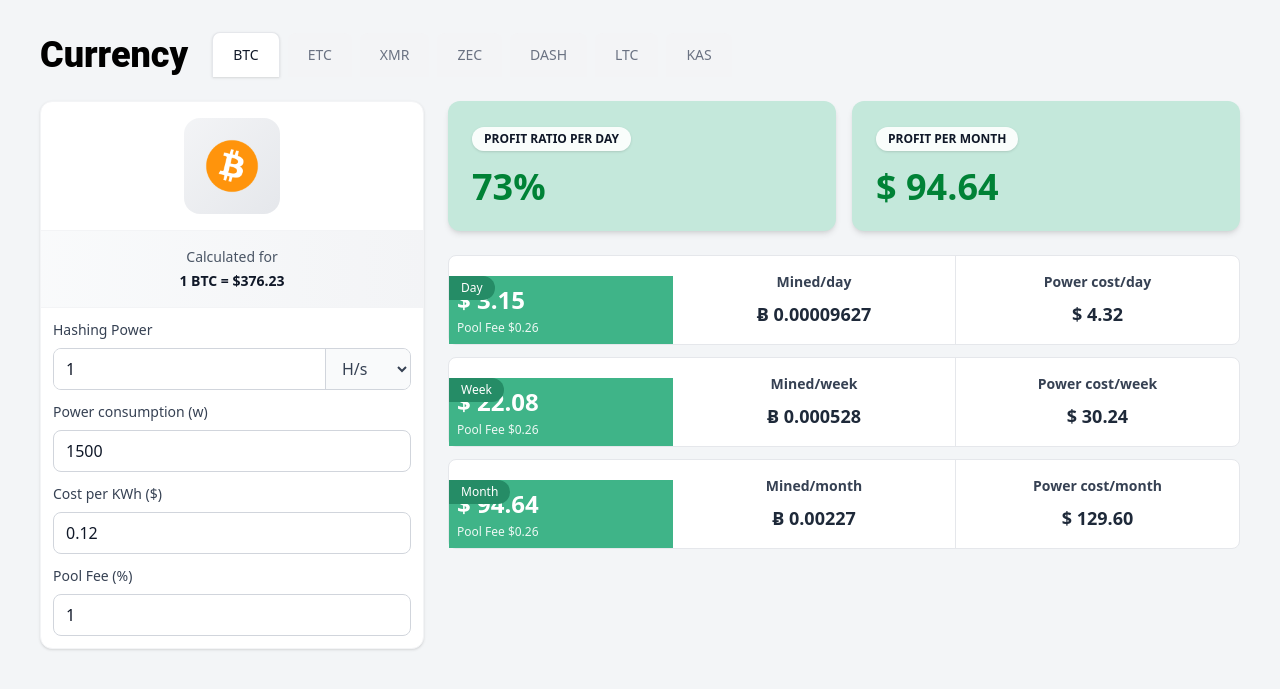
Repository: Bilal-Ahmad-CodeMaster/crypto-proj
Page: /
These files come from the project's save history. The page is drawn as it stood at one moment and after the next save; the edit follows.
The browser window is 1280 px wide. The pictures show the whole page.
The project was rebuilt for these pictures with package versions that can differ from the ones it lists, and the page was loaded fresh each time. The framework's server and built-in components were replaced by stand-ins that run in the browser. Also part of the build but not shown: next.config.ts.

Above is the page before, as saved 2025-11-25 22:47:09.

After the next save:
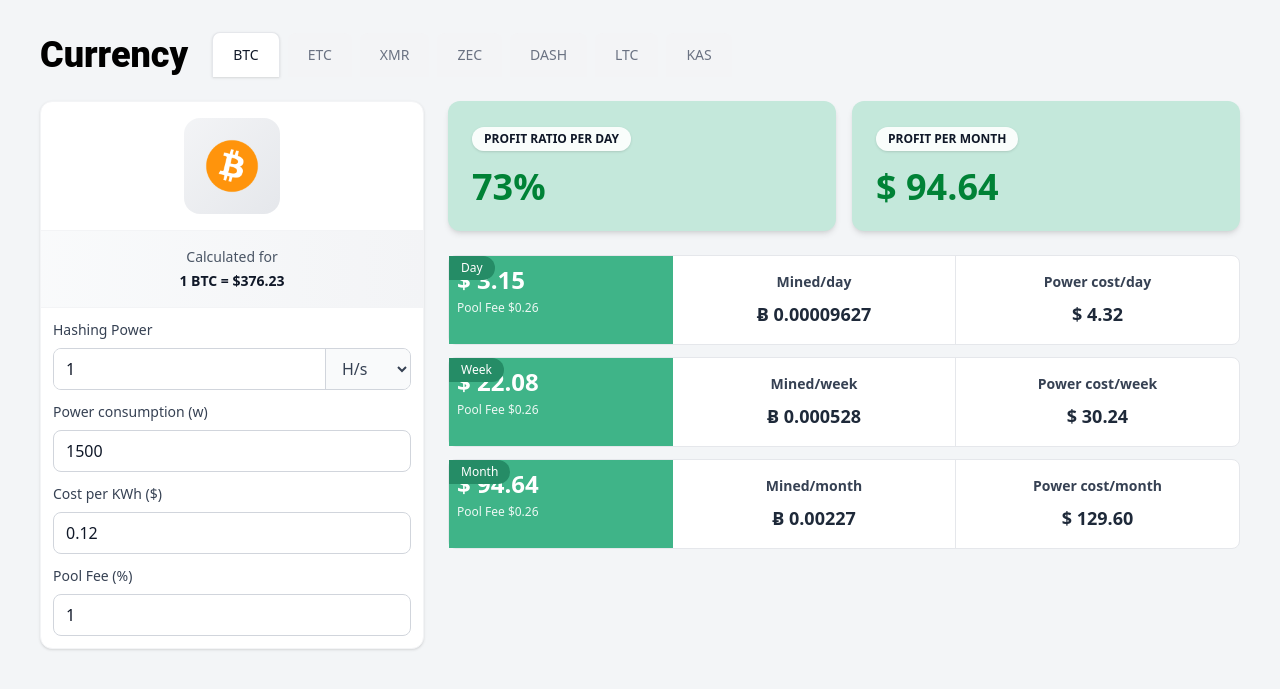
Saved 7 s later.
--- a/src/app/components/ResultCards.tsx
+++ b/src/app/components/ResultCards.tsx
@@ -13,7 +13,7 @@
 function StatRow({ title, money, mined, powerCost, poolFee, positive = true }: StatRowProps) {
     return (
         <div className="mb-3 rounded-lg border border-gray-200 bg-white hover:shadow-sm transition-all">
-            <div className="flex justify-end items-end">
+            <div className="flex">
                 {/* First part with background color */}
                 <div className={`w-56 p-2 text-white relative ${positive ? 'bg-[#3FB488]' : 'bg-[#F15C5C]'}`}>
                     <div className={`text-xs font-medium inline-block px-3 py-1 rounded-r-full mb-3 absolute top-0 left-0 ${positive ? 'bg-[#258C66]' : 'bg-[#C14848]'}`}>{title}</div>
